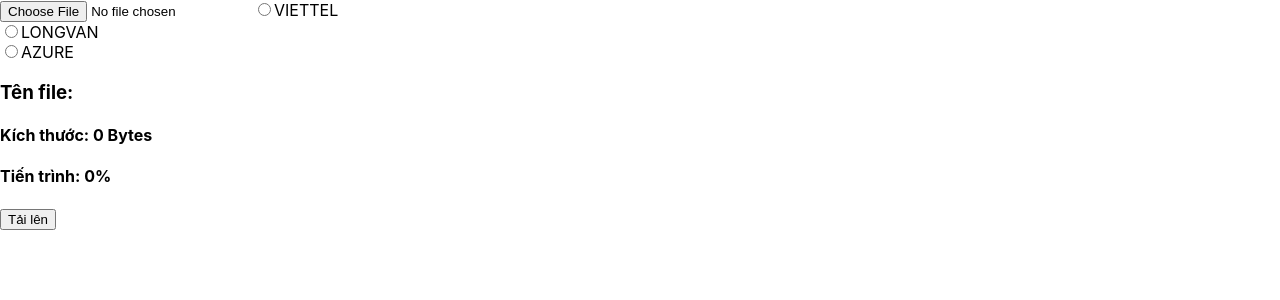
Repository: duc30012001/viettel-test-upload
Page: /
An editor plug-in stored every save of this project. The page is shown before and after the next save, followed by the edit.
The browser window is 1280 px wide. The pictures show the whole page.
The project was rebuilt for these pictures with package versions that can differ from the ones it lists, and the page was loaded fresh each time. Imported but missing from the stored project, and not drawn on this page: src/reportWebVitals.

Above is the page before, as saved 2023-03-16 11:33:05.

After the next save:
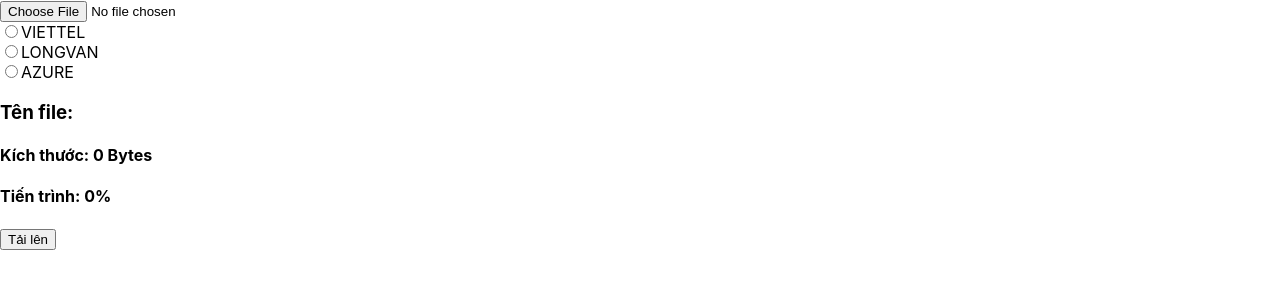
Saved 18 s later.
--- a/src/App.jsx
+++ b/src/App.jsx
@@ -33,34 +33,35 @@ const App = () => {
   return (
     <div>
       <input ref={fileInput} onChange={onChange} type="file" />
-
-      <input
-        onChange={onChangeDistributor}
-        type="radio"
-        id="VIETTEL"
-        name="fav_language"
-        value="VIETTEL"
-      />
-      <label for="VIETTEL">VIETTEL</label>
-      <br />
-      <input
-        onChange={onChangeDistributor}
-        type="radio"
-        id="LONGVAN"
-        name="fav_language"
-        value="LONGVAN"
-      />
-      <label for="LONGVAN">LONGVAN</label>
-      <br />
-      <input
-        onChange={onChangeDistributor}
-        type="radio"
-        id="AZURE"
-        name="fav_language"
-        value="AZURE"
-      />
-      <label for="AZURE">AZURE</label>
-      <br />
+      <div>
+        <input
+          onChange={onChangeDistributor}
+          type="radio"
+          id="VIETTEL"
+          name="fav_language"
+          value="VIETTEL"
+        />
+        <label for="VIETTEL">VIETTEL</label>
+        <br />
+        <input
+          onChange={onChangeDistributor}
+          type="radio"
+          id="LONGVAN"
+          name="fav_language"
+          value="LONGVAN"
+        />
+        <label for="LONGVAN">LONGVAN</label>
+        <br />
+        <input
+          onChange={onChangeDistributor}
+          type="radio"
+          id="AZURE"
+          name="fav_language"
+          value="AZURE"
+        />
+        <label for="AZURE">AZURE</label>
+        <br />
+      </div>
 
       <h3>Tên file: {files.name || ""}</h3>
       <h4>Kích thước: {getFileSize(files.size || 0)}</h4>
